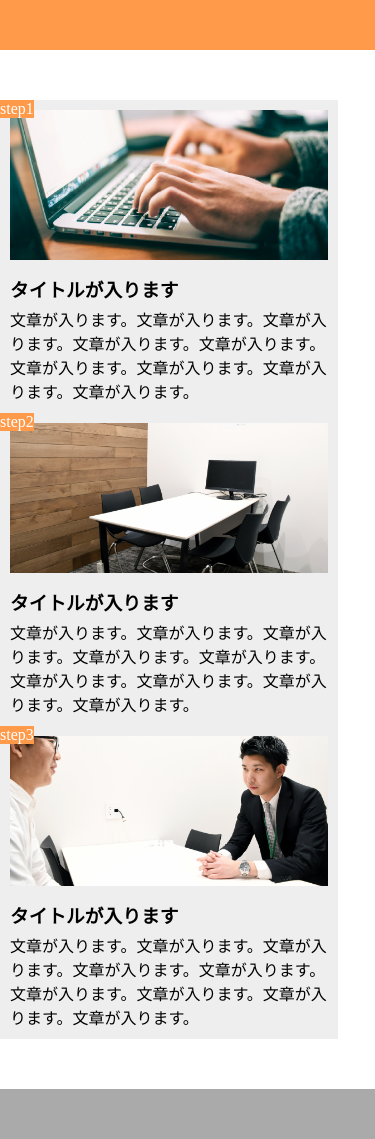
Repository: CarAll02/git-practice
Page: chapter10_exercise/index.html
The author's editor kept a record of every edit. The page is drawn from the files as they stood at one moment, then again after the next edit.
The browser window is 375 px wide. The pictures show the whole page.

Above is the page before.

### chapter10_exercise/index.html
<!DOCTYPE html>
<html lang="ja">
  <head>
    <meta charset="UTF-8" />
    <title>10章提出課題</title>
    <meta name="viewport" content="width=device-width,initial-scale=1.0">
    <link rel="stylesheet" href="style.css" />
  </head>
  <body>
    <header></header>
    <main>
      <div class="step-box">
        <div class="step-img1"></div>
        <span class="step-num">step1</span>
        <h3 class="title">タイトルが入ります</h3>
        <p class="text">
          文章が入ります。文章が入ります。文章が入ります。文章が入ります。文章が入ります。文章が入ります。文章が入ります。文章が入ります。文章が入ります。
        </p>
      </div>

      <div class="step-box">
        <div class="step-img2"></div>
        <span class="step-num">step2</span>
        <h3 class="title">タイトルが入ります</h3>
        <p class="text">
          文章が入ります。文章が入ります。文章が入ります。文章が入ります。文章が入ります。文章が入ります。文章が入ります。文章が入ります。文章が入ります。
        </p>
      </div>

      <div class="step-box">
        <div class="step-img3"></div>
        <span class="step-num">step3</span>
        <h3 class="title">タイトルが入ります</h3>
        <p class="text">
          文章が入ります。文章が入ります。文章が入ります。文章が入ります。文章が入ります。文章が入ります。文章が入ります。文章が入ります。文章が入ります。
        </p>
      </div>
    </main>
    <footer></footer>
  </body>
</html>

### chapter10_exercise/style.css
* {
  box-sizing: border-box;
  margin: 0;
  padding: 0;
}

header {
  height: 50px;
  background-color: #ff9a4b;
}

main {
  width: 960px;
  margin: 50px auto;
  display: flex;
}

.step-box {
  width: 300px;
  margin-right: 30px;
  padding: 10px;
  position: relative;
  background-color: #eee;
}

.step-box:last-child {
  margin-right: 0;
}

.step-img1 {
  height: 150px;
  background-image: url(img/flow01.png);
  background-position: bottom;
  background-size: cover;
}

.step-img2 {
  height: 150px;
  background-image: url(img/flow02.png);
  background-position: bottom;
  background-size: cover;
}

.step-img3 {
  height: 150px;
  background-image: url(img/flow03.png);
  background-position: bottom;
  background-size: cover;
}

.step-num {
  position: absolute;
  top: 0;
  left: 0;
  background-color: #ff9a4b;
  color: #fff;
}

.title {
  margin: 15px 0 5px;
}

footer {
  height: 50px;
  background-color: #aaa;
}

@media screen and (max-width:425px){

  main{
    width:100%;
    display:block;
  }

  .step-box{
    width:90%;
}

After the next edit:
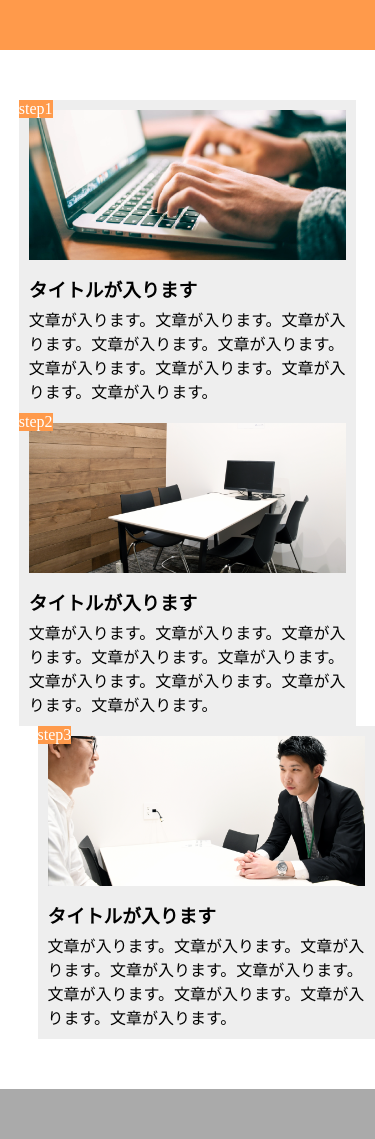
The edit:
--- a/chapter10_exercise/style.css
+++ b/chapter10_exercise/style.css
@@ -74,4 +74,10 @@
 
   .step-box{
     width:90%;
-}
+    margin:0 auto;
+  }
+
+  .step-box:last-child{
+
+  }
+  }
